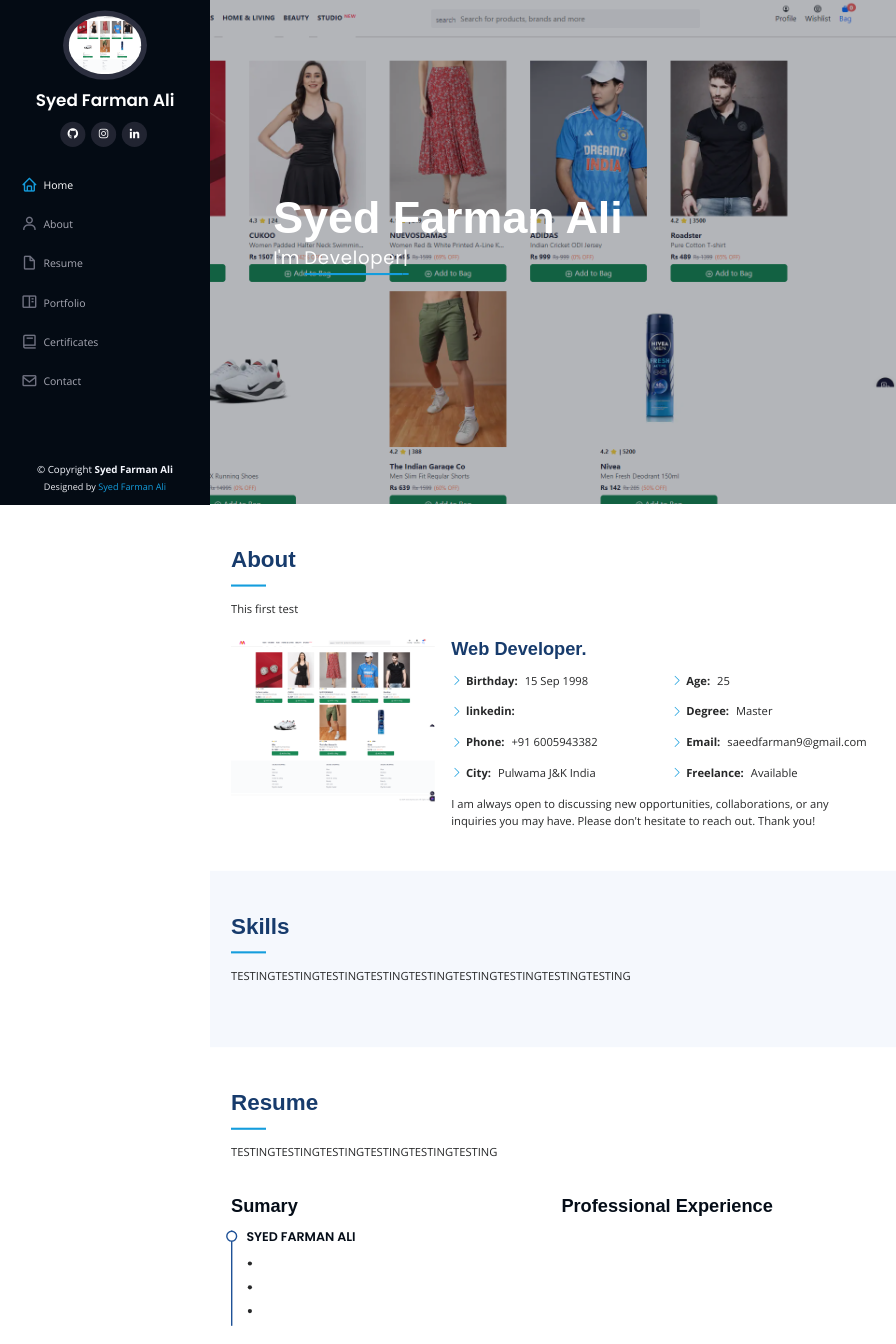
Repository: FARMAN9/portfoilo_django
Page: http://localhost/
An editor plug-in stored every save of this project. The page is shown before and after a run of saves, followed by the edit.
The browser window is 1280 px wide. The pictures show the part of the page from y = 0 to 1920 px (the page is 3536 px tall), at 70% of full size.
Backgrounds fixed to the window are drawn as part of the page. Some web fonts or font styles are not loaded; a fallback is used. The page is served by the project's application, run on Django 4.2 (manage.py). The page reads the database file committed with the project. Queries for data that is not in the repository find no rows.

Above is the page before, as saved 2024-07-14 17:27:22.

After the next 2 saves:
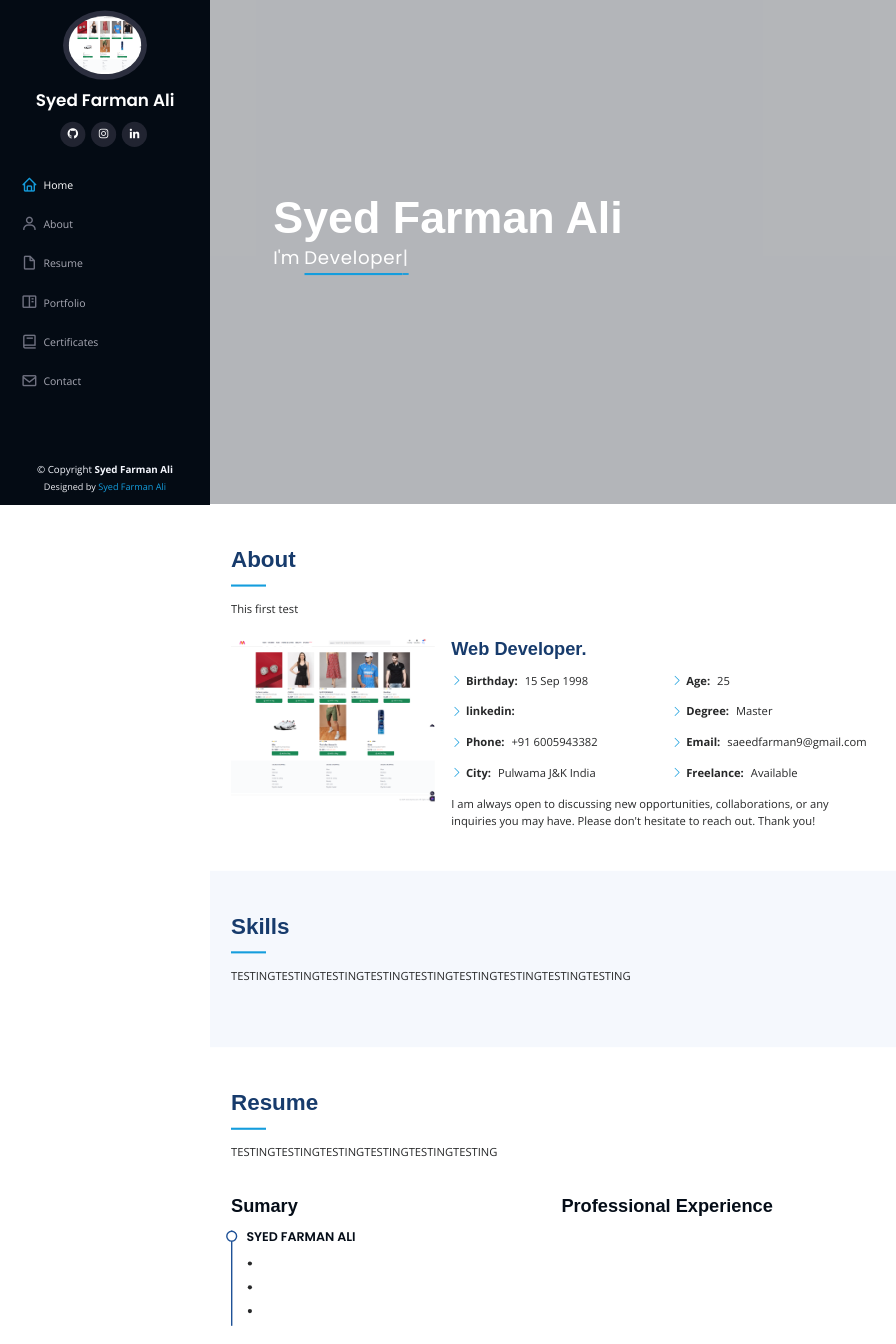
The 2 saves are shown as one change because they came seconds apart.
The last was saved 74 s later.
--- a/templates/index.html
+++ b/templates/index.html
@@ -70,7 +70,7 @@
   </header><!-- End Header -->
 
   <!-- ======= Hero Section ======= -->
-  <section id="hero" class="d-flex flex-column justify-content-center align-items-center" style="background-image: url({{main.0.profile.url}});">
+  <section id="hero" class="d-flex flex-column justify-content-center align-items-center" style="background-image: src ({{main.0.profile.url}});">
     <div class="hero-container" data-aos="fade-in">
       <h1>{{Name}}</h1>
       <p>I'm <span class="typed" data-typed-items="{{main.0.iam1}},{{main.0.iam2}},{{main.0.iam3}}"></span></p>
